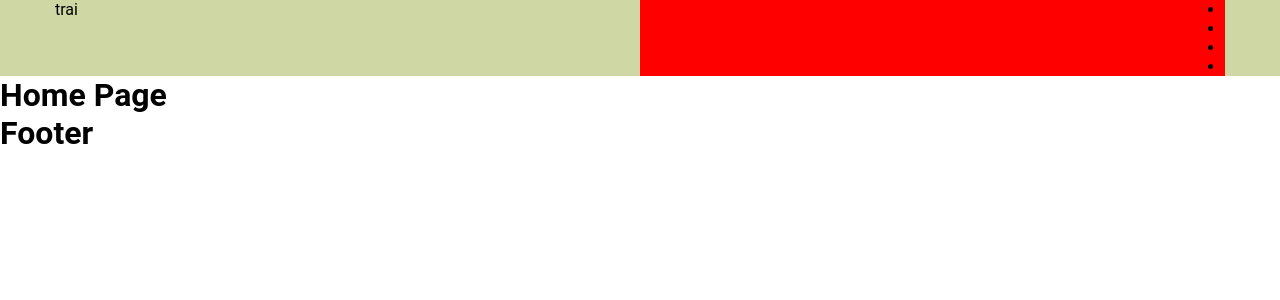
Repository: anhcanh1007/show_product
Page: /
An editor plug-in stored every save of this project. The page is shown before and after a run of saves, followed by the edit.
The browser window is 1280 px wide. The pictures show the whole page.
The project was rebuilt for these pictures with package versions that can differ from the ones it lists, and the page was loaded fresh each time. Imported but missing from the stored project, and not drawn on this page: src/pages/user/profilePage.

Above is the page before, as saved 2024-01-25 13:33:12.

After the next 5 saves:
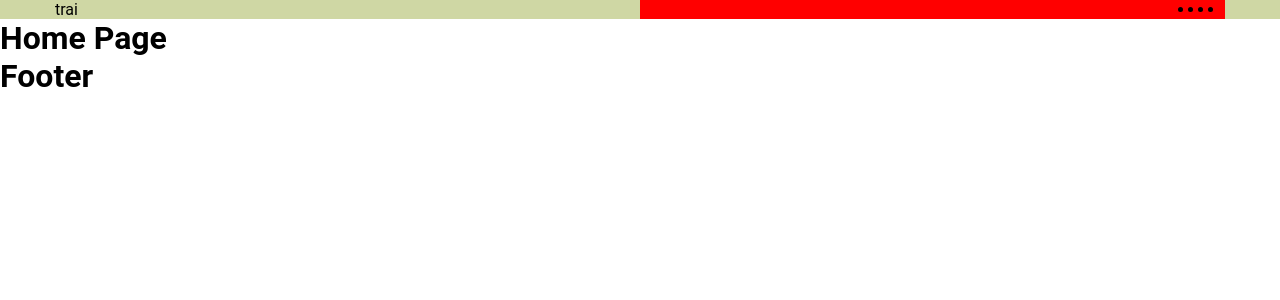
The 5 saves are shown as one change because they came seconds apart.
The last was saved 15 s later.
--- a/src/pages/user/theme/header/style.scss
+++ b/src/pages/user/theme/header/style.scss
@@ -6,4 +6,10 @@
     background-color: red;
     display: flex;
     justify-content: end;
+
+    ul {
+        display: flex;
+        column-gap: 10px;
+
+    }
 }
